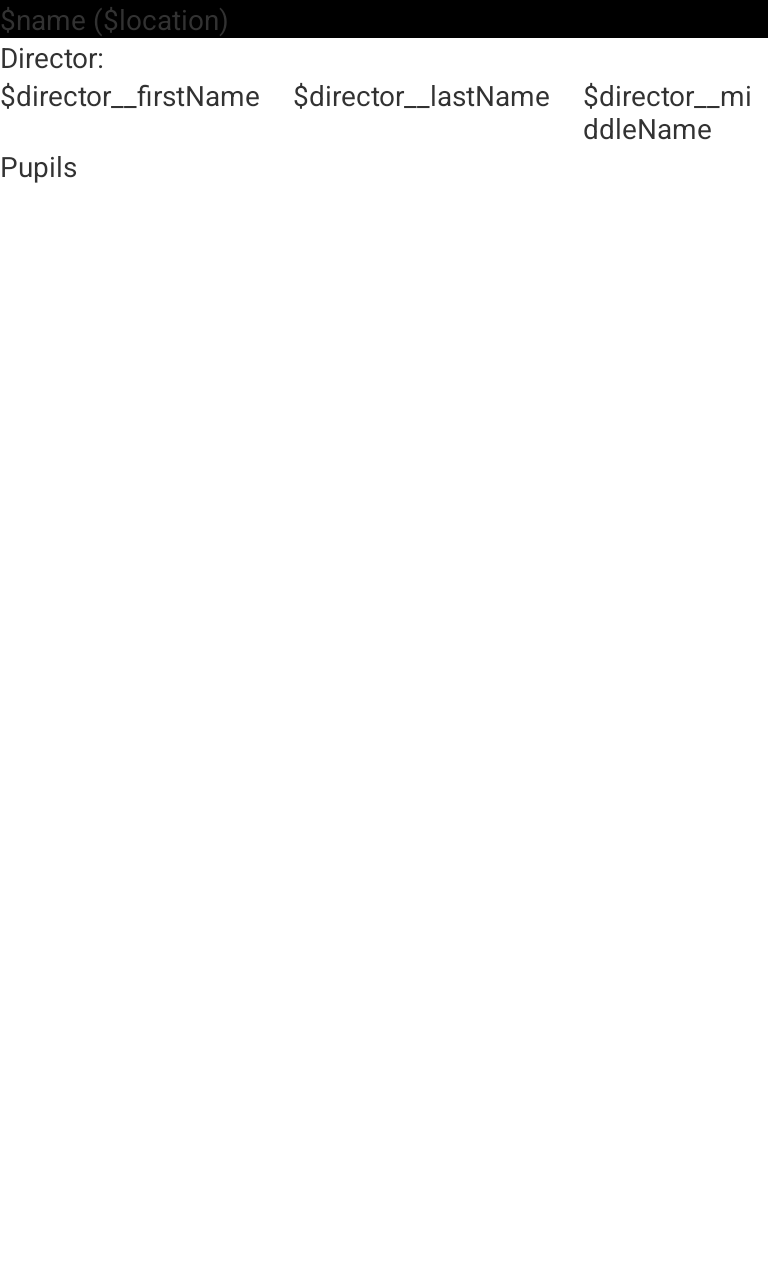
Repository: egslava/android-net-list-utils
Layout: NetUtilsSamples/res/layout/university.xml
An editor plug-in stored every save of this project. The layout is shown before and after the next save, followed by the edit.
It is drawn on a 768 x 1280 px phone screen (xhdpi) without system bars, with theme AppTheme; the app's code is not run. Lists and similar views that code fills are empty.

Above is the layout before, as saved 2013-10-15 09:17:29.

After the next save:
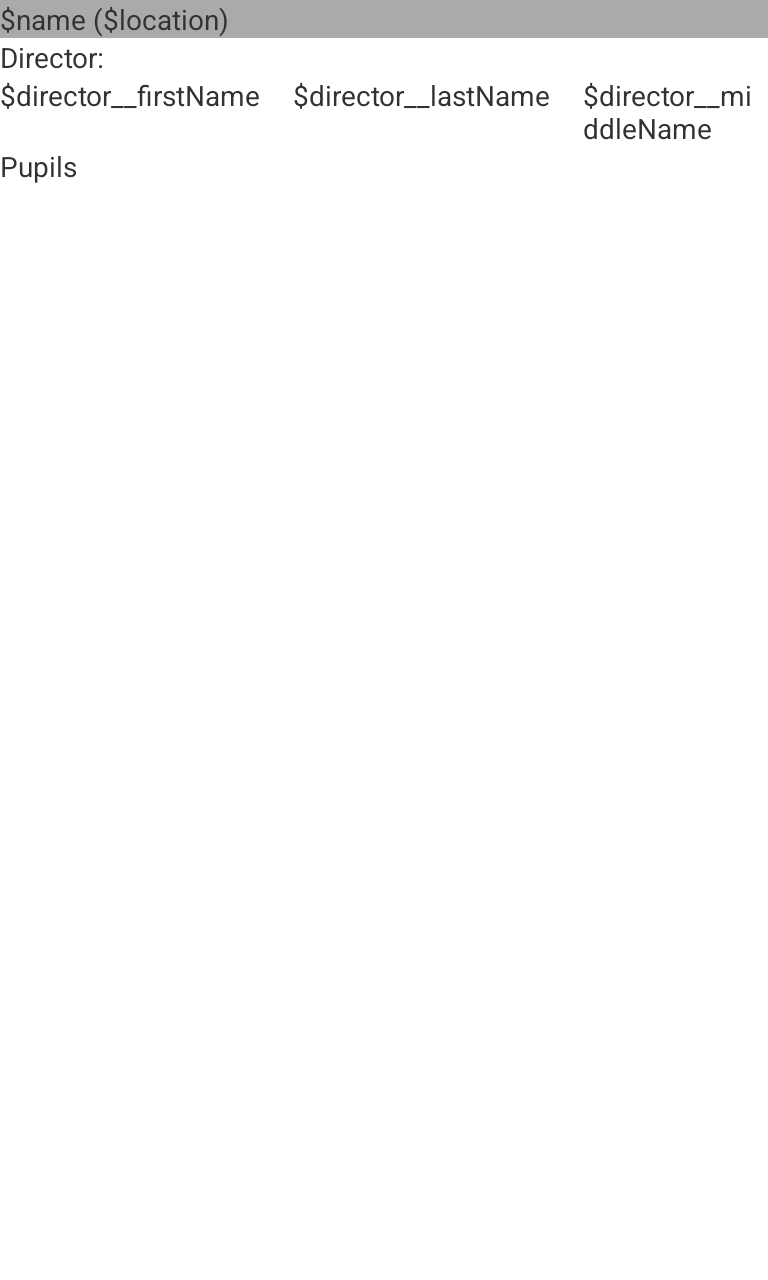
Saved 50 s later.
--- a/NetUtilsSamples/res/layout/university.xml
+++ b/NetUtilsSamples/res/layout/university.xml
@@ -8,7 +8,7 @@
     <LinearLayout
         android:layout_width="match_parent"
         android:layout_height="wrap_content"
-        android:background="@android:color/background_dark" >
+        android:background="@android:color/darker_gray" >
 
         <TextView
             android:id="@+id/$name"
